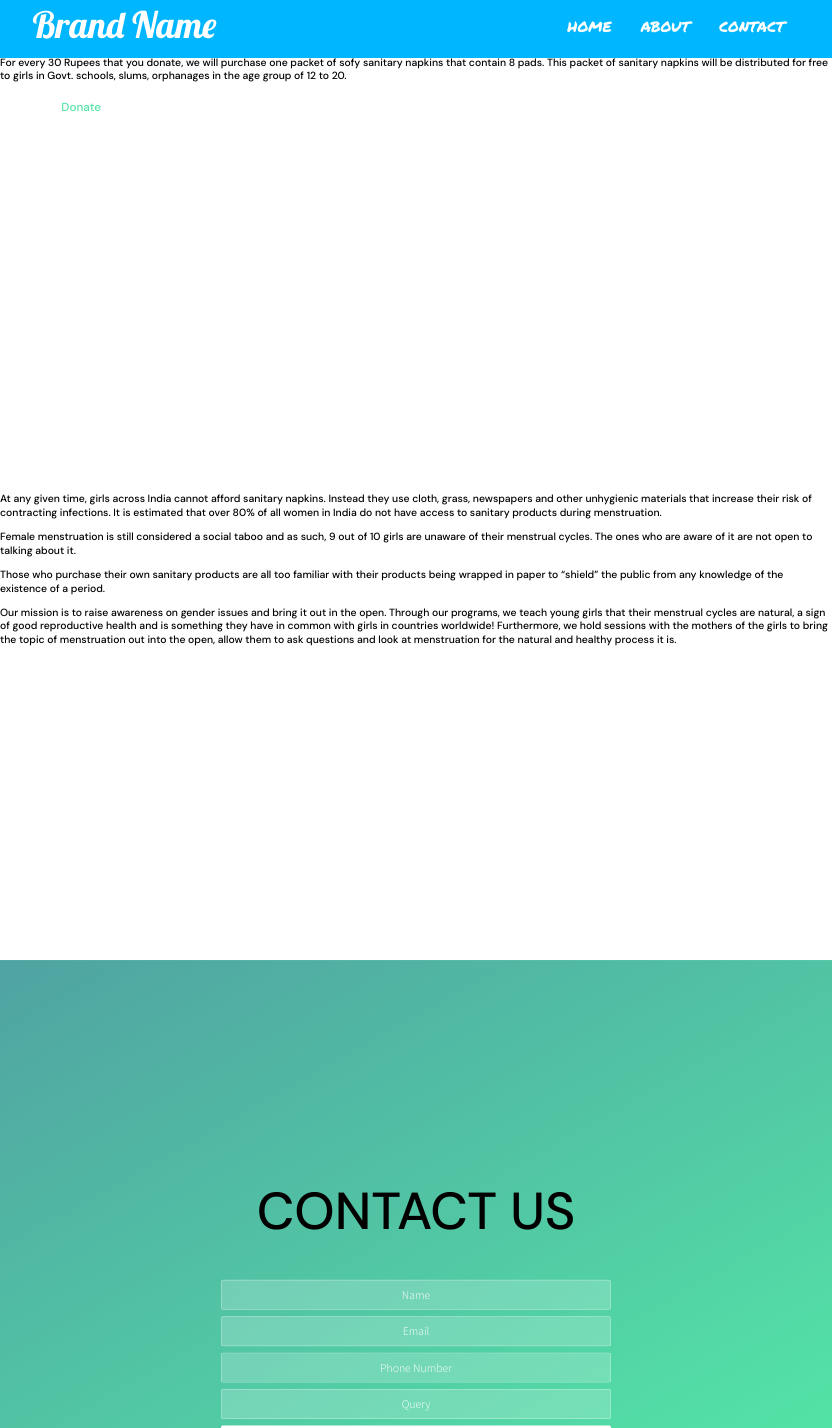
Repository: Jrap-bit/PeriodofSharing
Page: index.html
An editor plug-in stored every save of this project. The page is shown before and after the next save, followed by the edit.
The browser window is 1280 px wide. The pictures show the whole page, at 65% of full size.

Above is the page before, as saved 2022-01-15 13:14:43.

After the next save:
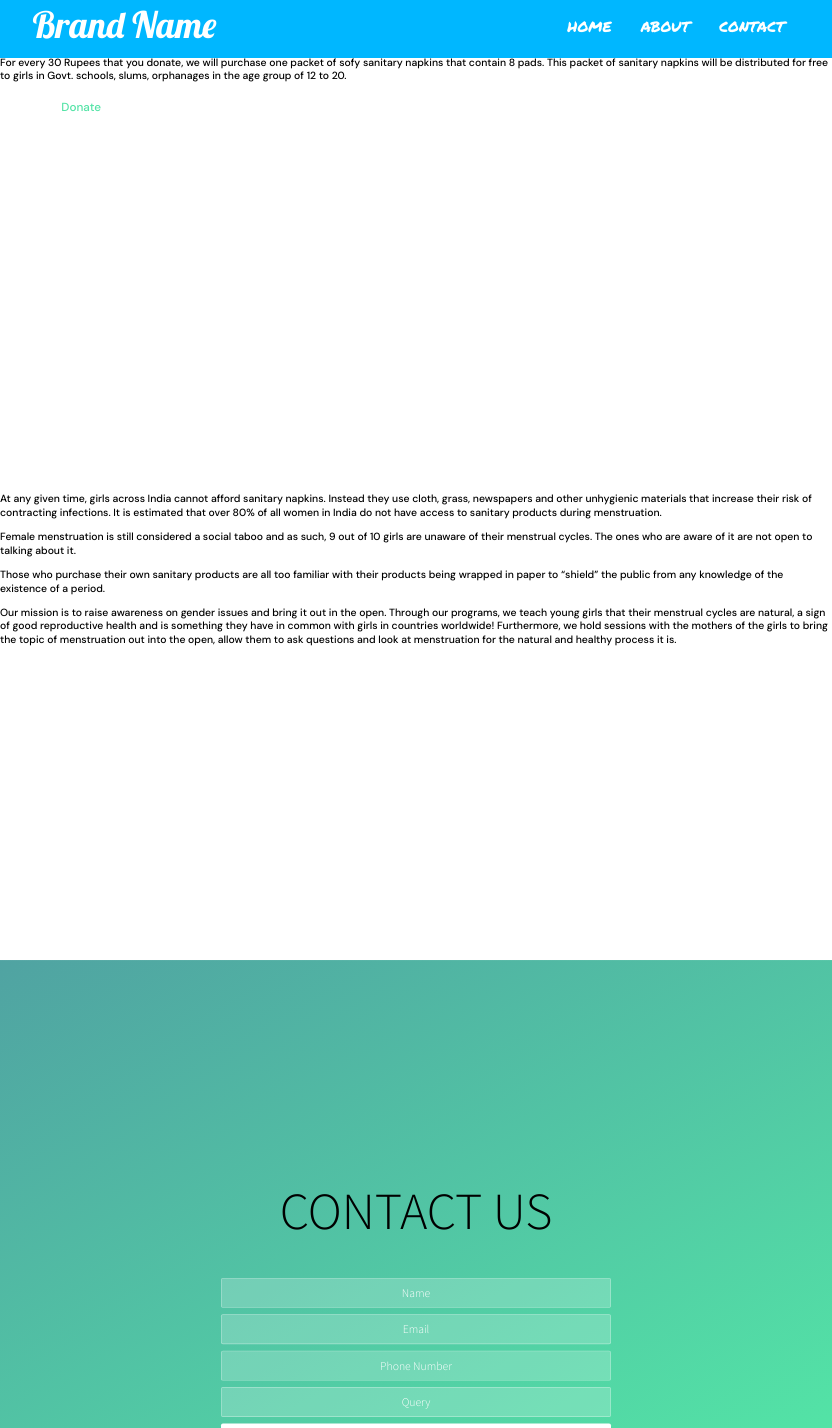
Saved 20 s later.
--- a/style.css
+++ b/style.css
@@ -69,6 +69,7 @@ body :-ms-input-placeholder {
 } */
 
 .form-header{
+    font-family: 'Source Sans Pro', sans-serif;
     font-size: 5rem;
 }
 
